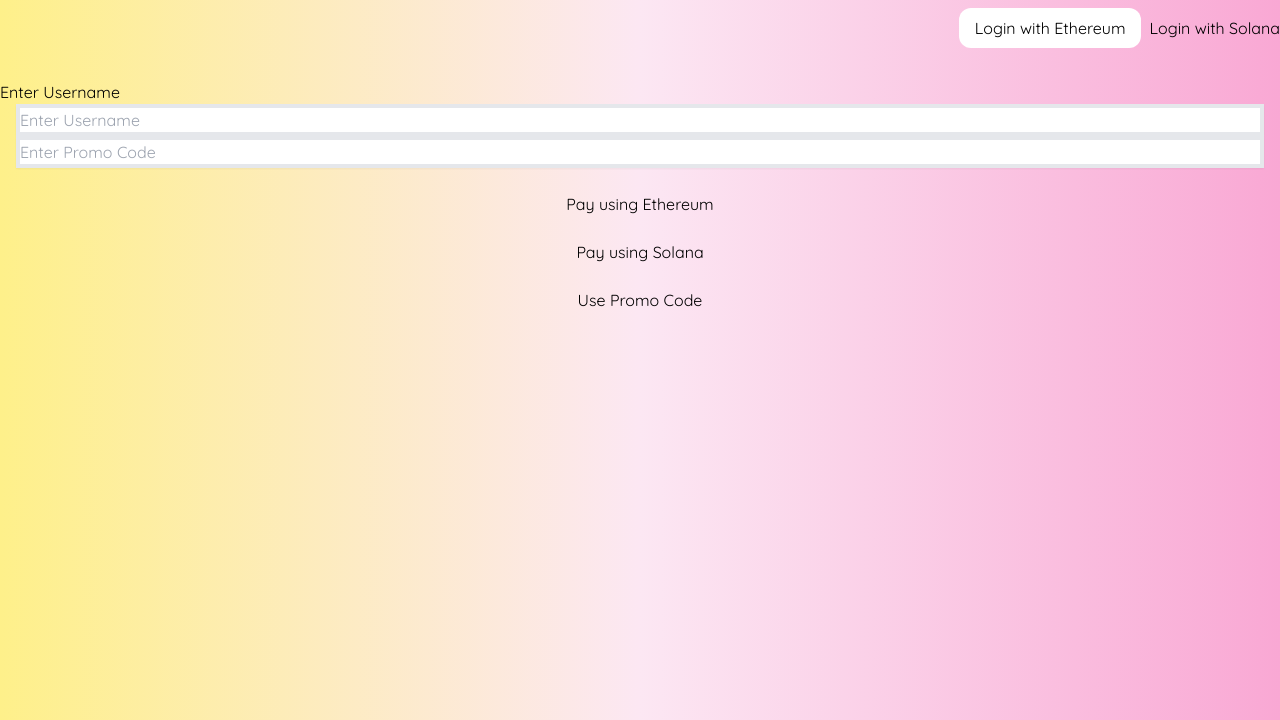
Repository: 22shivam/Polychain
Page: / (app in frontend/)
An editor plug-in stored every save of this project. The page is shown before and after the next save, followed by the edit.
The browser window is 1280 px wide. The pictures show the whole page.
The page's requests for data from a server got no answer. The project was rebuilt for these pictures with package versions that can differ from the ones it lists, and the page was loaded fresh each time. The framework's server and built-in components were replaced by stand-ins that run in the browser. No one was signed in, and anything a server would have sent is missing. Also part of the build but not shown: frontend/next.config.js.

Above is the page before, as saved 2022-01-01 11:41:02.

After the next save:
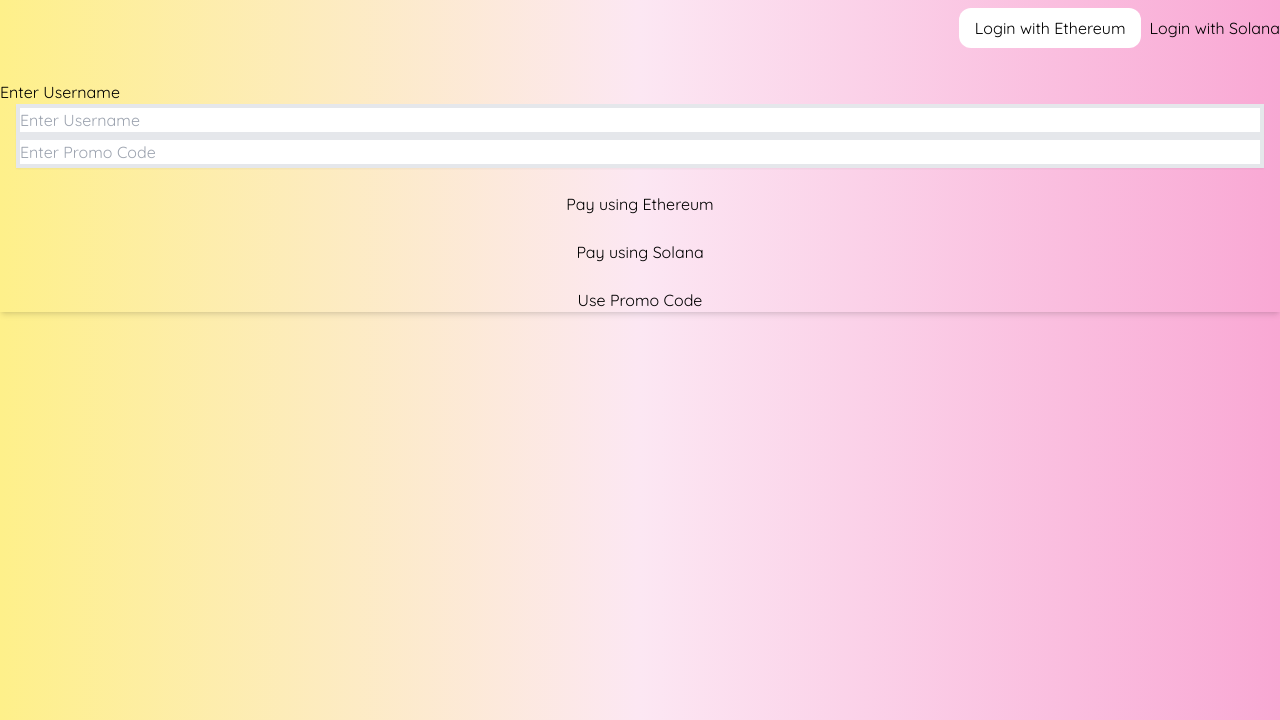
Saved 2 min 57 s later.
--- a/frontend/pages/index.js
+++ b/frontend/pages/index.js
@@ -213,7 +213,7 @@ export default function App() {
 
 
     return (
-        <div className="flex flex-col">
+        <div className="flex flex-col shadow-md">
             <div className="flex flex-row" id="nav_bar">
                 <div className="grow-0" id="left_nav_bar"> </div>
                 <div className="grow" id="spacer">  </div>
